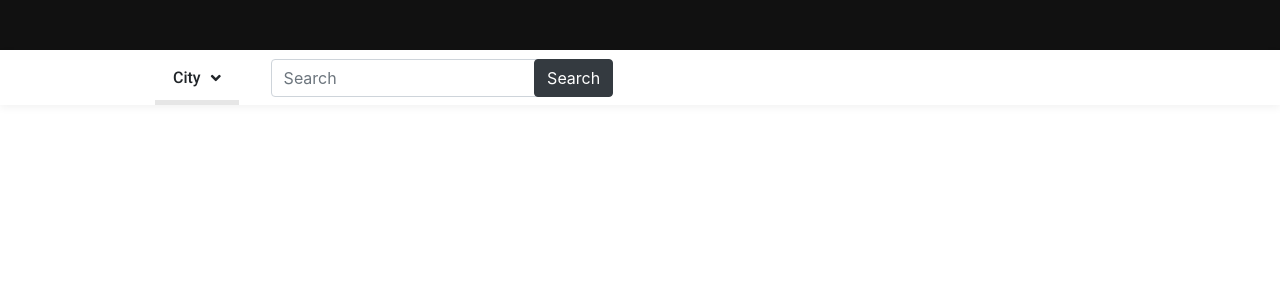
Repository: pawineeNiy/Rest_Food
Page: /
These files come from the project's save history. The page is drawn as it stood at one moment and after the next save; the edit follows.
The browser window is 1280 px wide. The pictures show the whole page.
The page's requests for data from a server got no answer. Some web libraries are served in a nearby version. The project was rebuilt for these pictures with package versions that can differ from the ones it lists, and the page was loaded fresh each time. No one was signed in, and anything a server would have sent is missing. Also part of the build but not shown: src/components/restaurants/detail.css, src/components/restaurants/cardDetail.js, src/components/search/fave.js, src/components/search/searchCountries.js, src/components/restaurants/restaurantsDetail.js.

Above is the page before, as saved 2019-11-14 12:07:46.

After the next save:
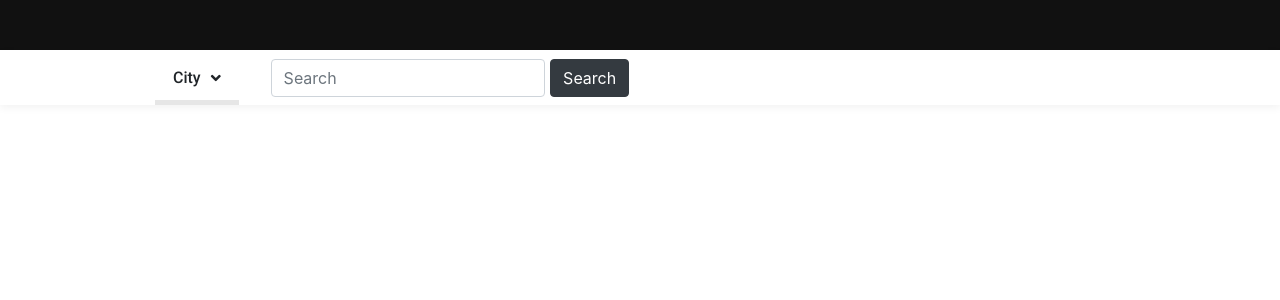
Saved 22 s later.
--- a/src/pages/containerMenu.js
+++ b/src/pages/containerMenu.js
@@ -127,7 +127,7 @@ export default class Menu extends Component {
                                     </i>
                                     &nbsp;
                                     <i>
-                                        <button className="btn btn-dark" onClick={(e) => this.OnClickSearch(e)} type="submit">Search</button>
+                                        <button className="btn btn-dark b-m2" onClick={(e) => this.OnClickSearch(e)} type="submit">Search</button>
                                     </i>
                                 </ul>
 
